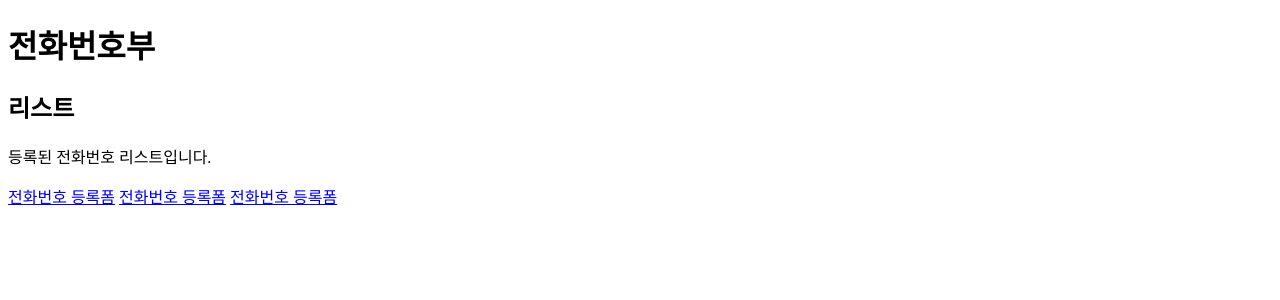
Repository: Kwonharu/workspace-web
Page: http://localhost/phonebook2/list.jsp
An editor plug-in stored every save of this project. The page is shown before and after the next save, followed by the edit.
The browser window is 1280 px wide. The pictures show the whole page.
The page is served by Tomcat 9. Queries for data that is not in the repository find no rows.

Above is the page before, as saved 2023-09-05 02:51:27.

After the next save:
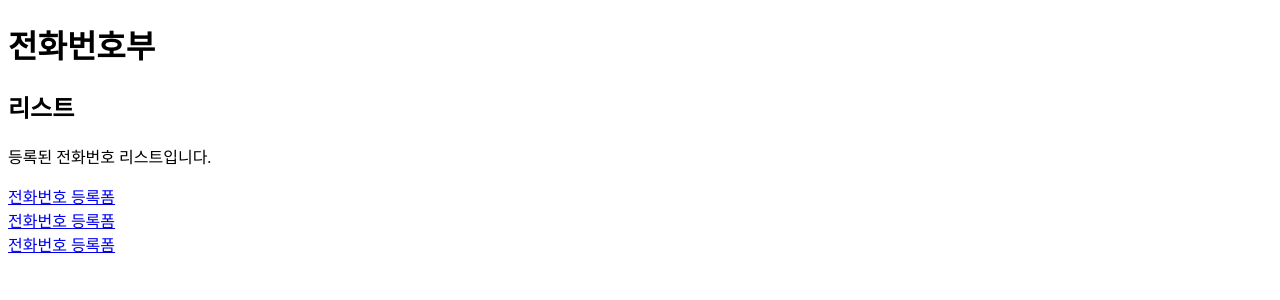
Saved 74 s later.
--- a/phonebook2/WebContent/list.jsp
+++ b/phonebook2/WebContent/list.jsp
@@ -42,8 +42,8 @@
 	<%} %>
 	<!-- 반복문 끝 -->
 
-	<a href="./writeForm.jsp">전화번호 등록폼</a>
-	<a href="/writeForm.jsp">전화번호 등록폼</a>
+	<a href="./writeForm.jsp">전화번호 등록폼</a> <br>
+	<a href="/writeForm.jsp">전화번호 등록폼</a> <br>
 	<a href="writeForm.jsp">전화번호 등록폼</a>
 
 </body>
